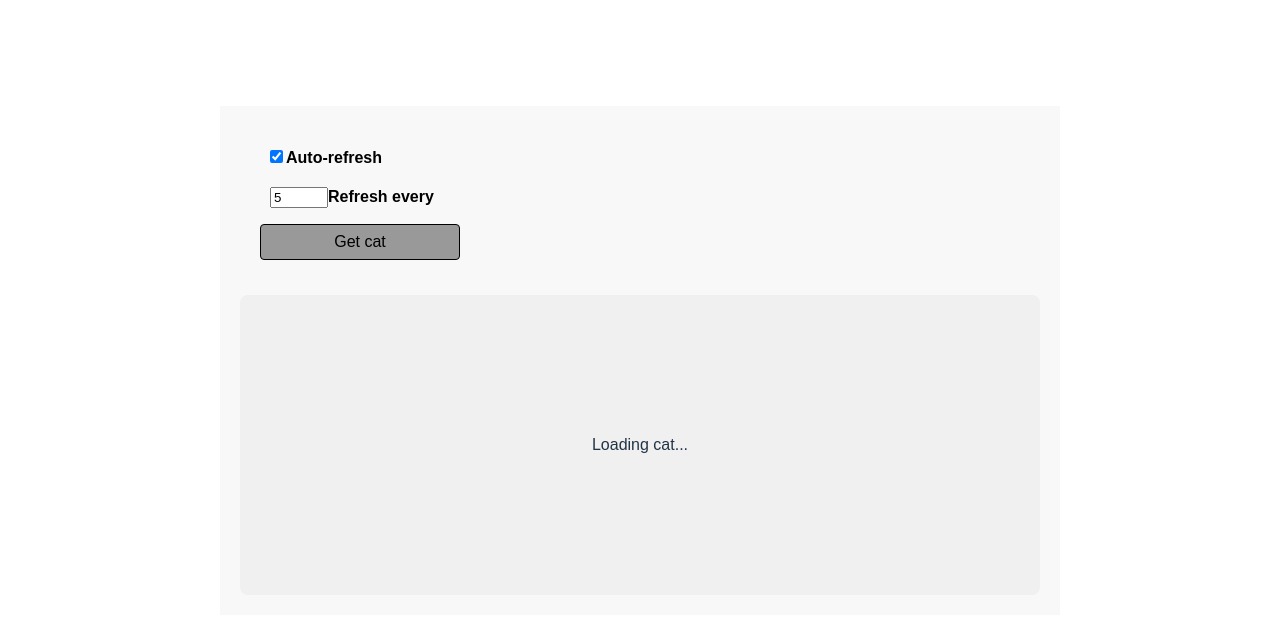
Repository: Pharaoh5/test-assignment5
Page: /
The author's editor kept a copy of each file at every save. The page is drawn from the files as they stood at one save, then again after the next save.
The browser window is 1280 px wide. The pictures show the whole page.
The page's requests for data from a server got no answer. The project was rebuilt for these pictures with package versions that can differ from the ones it lists, and the page was loaded fresh each time. No one was signed in, and anything a server would have sent is missing. Also part of the build but not shown: vite.config.ts.

Above is the page before, as saved 2025-04-08 19:30:16.

After the next save:
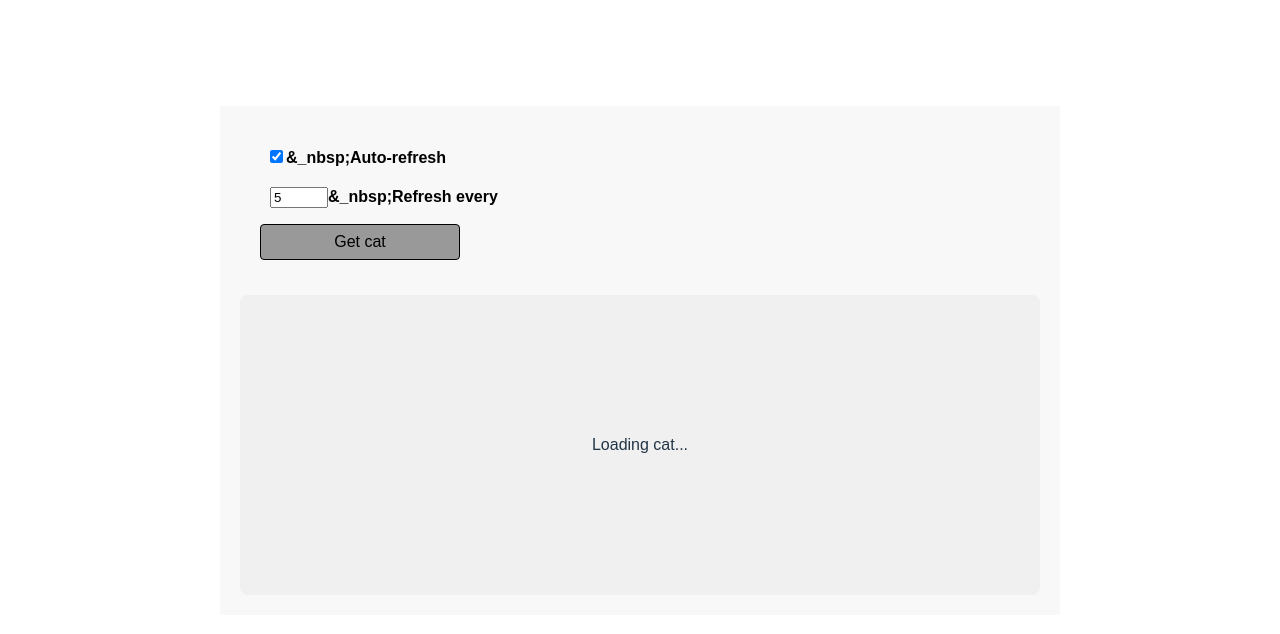
Saved 74 s later.
--- a/src/components/Controls.tsx
+++ b/src/components/Controls.tsx
@@ -59,7 +59,7 @@ const Controls: React.FC<ControlsProps> = ({
             onChange={onToggleAutoRefresh}
             style={{ marginLeft: '10px' }}
           />
-          Auto-refresh
+            &_nbsp;Auto-refresh
         </Label>
       </ControlGroup>
 
@@ -74,7 +74,7 @@ const Controls: React.FC<ControlsProps> = ({
               onChange={onRefreshIntervalChange}
               style={{ marginLeft: '10px', width: '50px' }}
             />
-            Refresh every
+            &_nbsp;Refresh every
           </Label>
         </ControlGroup>
       )}
